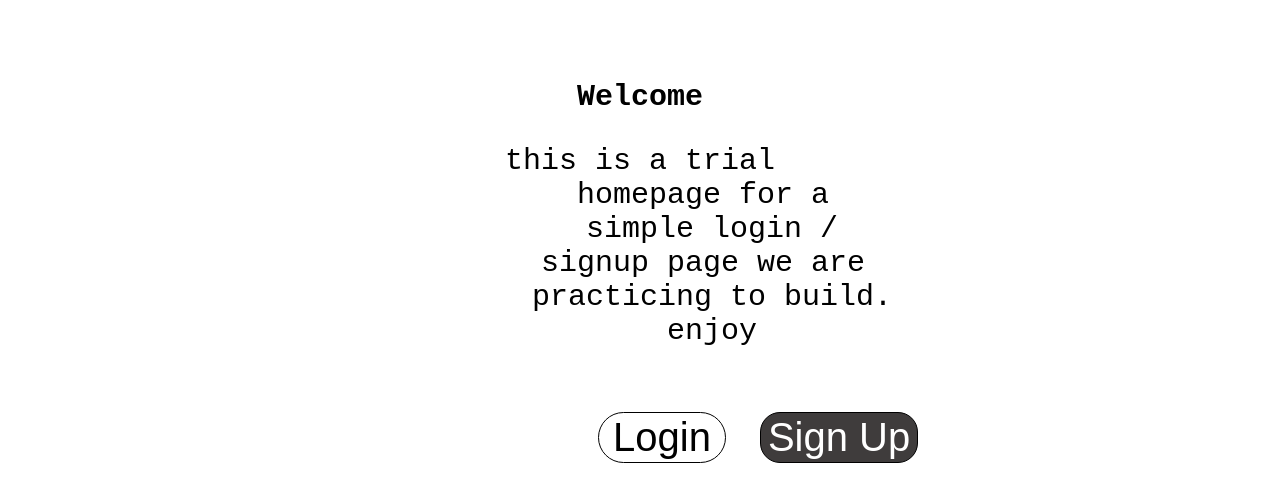
Repository: yhung004/TUTORIAL_PAGE
Page: home.html
These files come from the project's save history. The page is drawn as it stood at one moment and after the next save; the edit follows.
The browser window is 1280 px wide. The pictures show the whole page.

Above is the page before, as saved 2024-04-10 02:06:05.

### home.html
<!DOCTYPE html>
<html lang="en">
<head>
    <meta charset="UTF-8">
    <meta name="viewport" content="width=device-width, initial-scale=1.0">
    <title>Document</title>
    <link rel="stylesheet" href="main.css">
</head>
<body>
    <h3 class="welcome">Welcome</h3>
    <pre class="welcome_text">this is a trial
        homepage for a
        simple login /
        signup page we are
        practicing to build.
        enjoy
    </pre>
    <button class="button_a">
       <a href="#" class="button_a1">Login</a>
    </button>
    <button class="button_b">
        <a href="#" class="button_b1">Sign Up</a>
    </button>
</body>
</html>

### main.css
.welcome{
    text-align: center;
    font-family: 'Courier New', Courier, monospace;
    font-size: 30px;
    margin-top: 80px;
}
.welcome_text {
    text-align:center;
    font-family: 'Courier New', Courier, monospace;
    font-size: 30px;
}
.button_a {
    position: relative;
    left: 590px;
    border: 1px solid black;
    background-color:white;
    border-radius: 30px;
    font-size: 40px;
    padding: 2px 14px 2px 14px;
}
.button_b {
    position: relative;
    right: -620px;
    border : 1px solid black;
    border-radius: 20px;
    background-color: rgb(63, 60, 60);
    color:white;
    font-size: 40px;
    padding: 2px 7px 2px 7px;
}
a.button_b1 {
    text-decoration: none;
    color:white;
}
a.button_a1 {
    text-decoration:none;
    color:black;
}

After the next save:
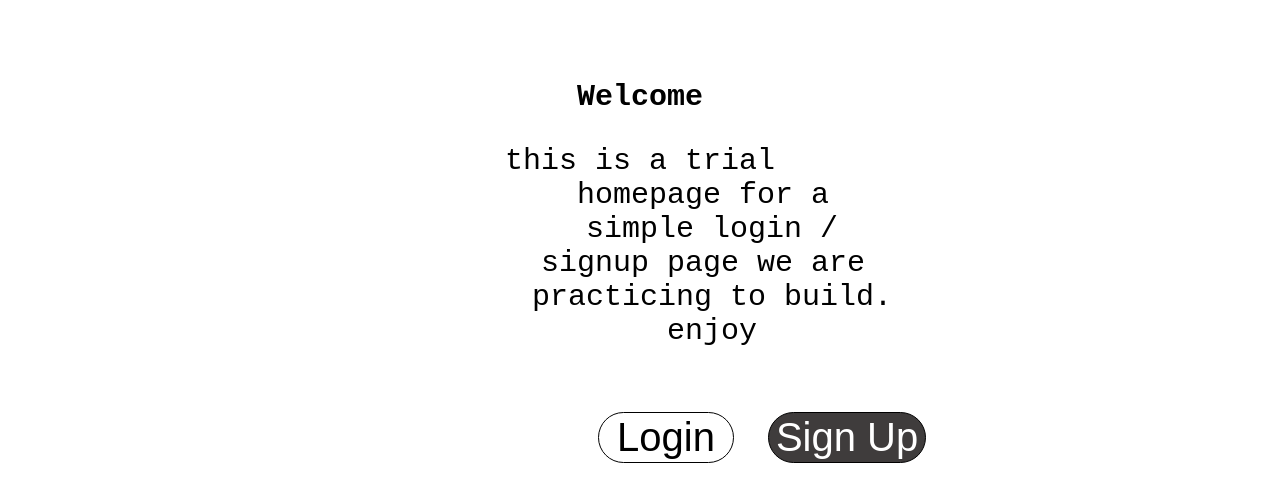
Saved 21 s later.
--- a/main.css
+++ b/main.css
@@ -16,13 +16,13 @@
     background-color:white;
     border-radius: 30px;
     font-size: 40px;
-    padding: 2px 14px 2px 14px;
+    padding: 2px 18px 2px 18px;
 }
 .button_b {
     position: relative;
     right: -620px;
     border : 1px solid black;
-    border-radius: 20px;
+    border-radius: 40px;
     background-color: rgb(63, 60, 60);
     color:white;
     font-size: 40px;
